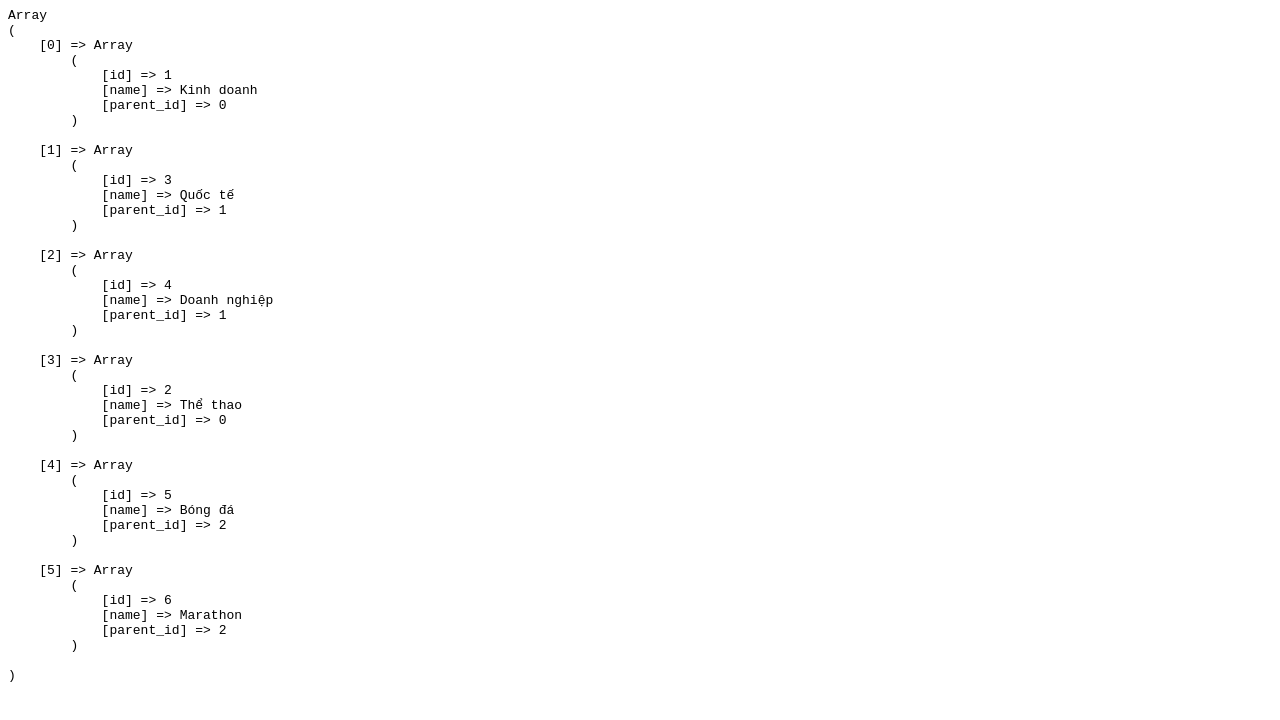
Repository: anhtu2110/backend
Page: http://localhost/backend/section-30_part_2/index.php
These files come from the project's save history. The page is drawn as it stood at one moment and after the next save; the edit follows.
The browser window is 1280 px wide. The pictures show the whole page.
The page is run by PHP 8.4 with error messages shown; the project is at /var/www/html/.

Above is the page before, as saved 2022-12-06 15:53:57.

After the next save:
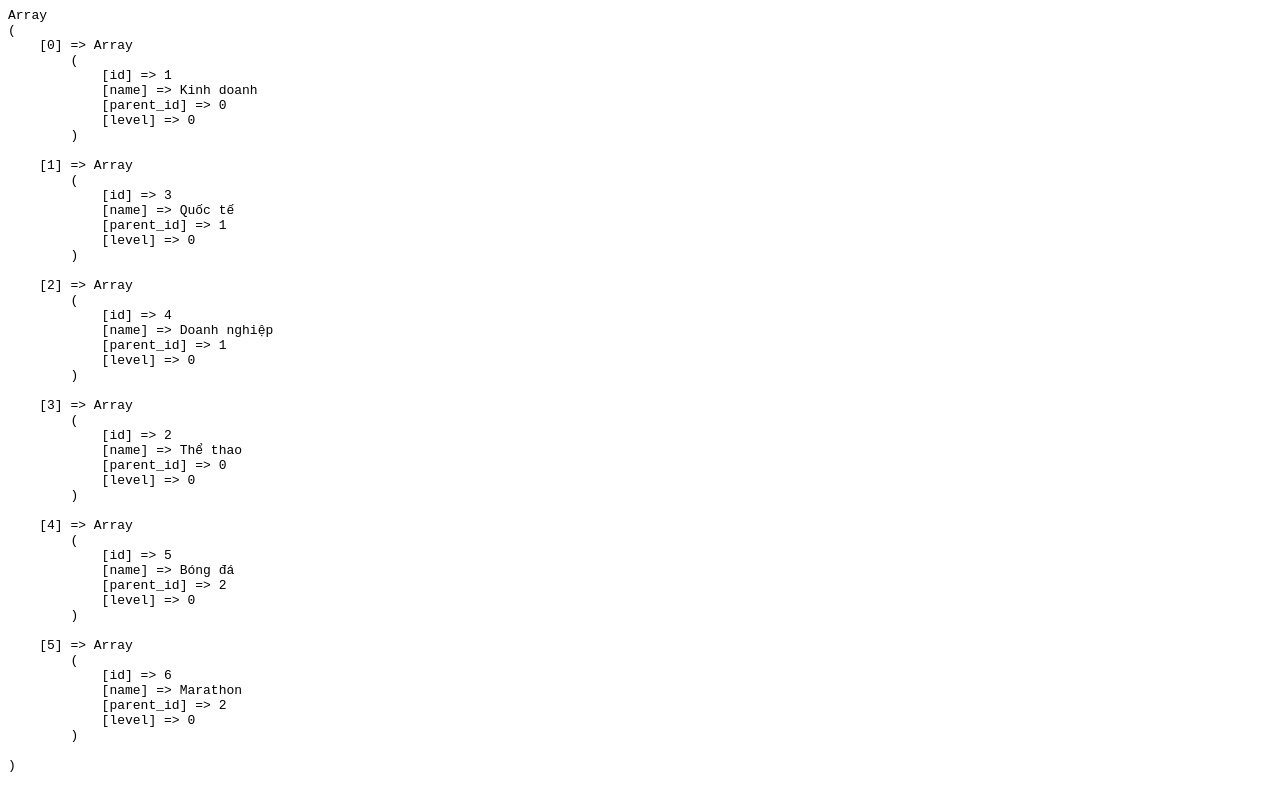
Saved 31 s later.
--- a/section-30_part_2/index.php
+++ b/section-30_part_2/index.php
@@ -80,6 +80,7 @@ function data_tree($data, $parent_id = 0, $level = 0)
     $result = array();
     foreach ($data as $v) {
         if ($v['parent_id'] == $parent_id) {
+            $v['level'] = $level;
             $result[] = $v;
             if (has_child($data, $v['id'])) {
                 $result_child = data_tree($data, $v['id']);
